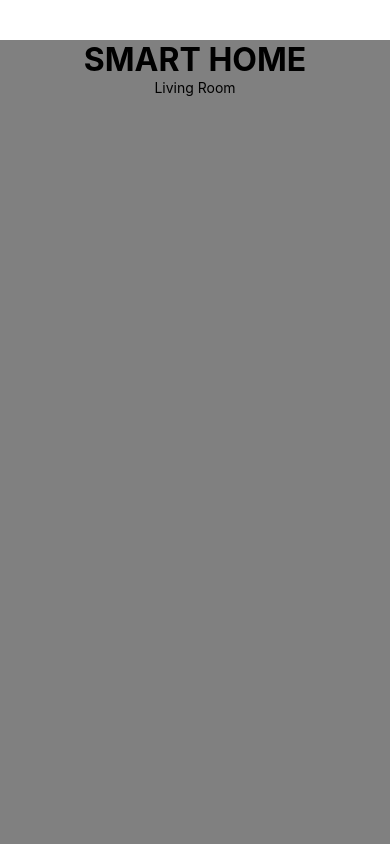
Repository: NQD2308/CNTT3
Screen: / (app in Week 5/home work/ListThietBi/)
An editor plug-in stored every save of this project. The screen is shown before and after the next save, followed by the edit.
The app was drawn by React Native's web renderer in a window 390 px wide. The project was rebuilt for these pictures with package versions that can differ from the ones it lists, and the page was loaded fresh each time.

Above is the screen before, as saved 2024-04-11 22:29:13.

### Week 5/home work/ListThietBi/App.js
import { StatusBar } from 'expo-status-bar';
import { StyleSheet, Text, View } from 'react-native';

export default function App() {
  return (
    <View style={styles.container}>
      <StatusBar style="auto" backgroundColor="gray"/>
      <Text style={styles.headerText}>SMART HOME</Text>
      <Text>Living Room</Text>
    </View>
  );
}

const styles = StyleSheet.create({
  container: {
    flex: 1,
    backgroundColor: 'gray',
    alignItems: 'center',
    marginTop: 40
  },
  headerText: {
    fontSize: 32,
    fontWeight: 'bold'
  },
});

After the next save:
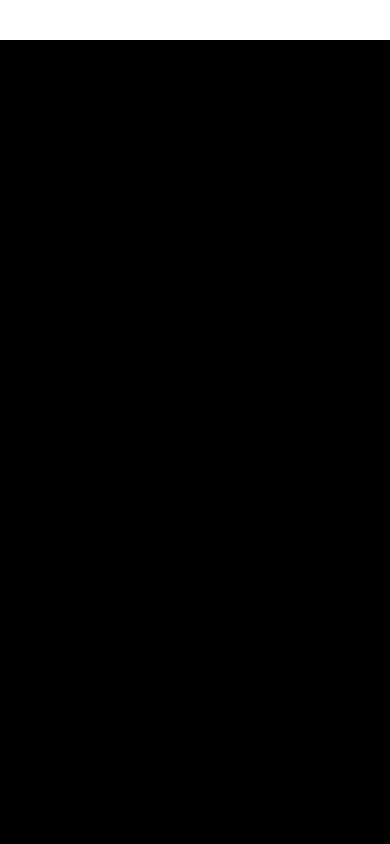
Saved 8 s later.
--- a/Week 5/home work/ListThietBi/App.js
+++ b/Week 5/home work/ListThietBi/App.js
@@ -14,7 +14,7 @@
 const styles = StyleSheet.create({
   container: {
     flex: 1,
-    backgroundColor: 'gray',
+    backgroundColor: '#000',
     alignItems: 'center',
     marginTop: 40
   },

After the save that followed:
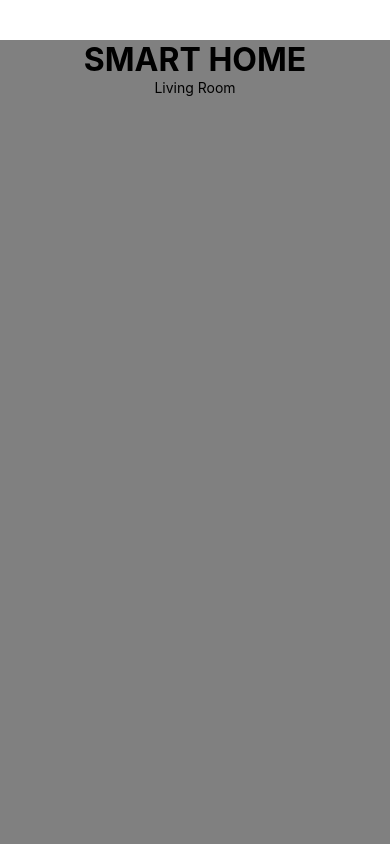
Saved 6 s later.
--- a/Week 5/home work/ListThietBi/App.js
+++ b/Week 5/home work/ListThietBi/App.js
@@ -14,7 +14,7 @@
 const styles = StyleSheet.create({
   container: {
     flex: 1,
-    backgroundColor: '#000',
+    backgroundColor: 'gray',
     alignItems: 'center',
     marginTop: 40
   },
